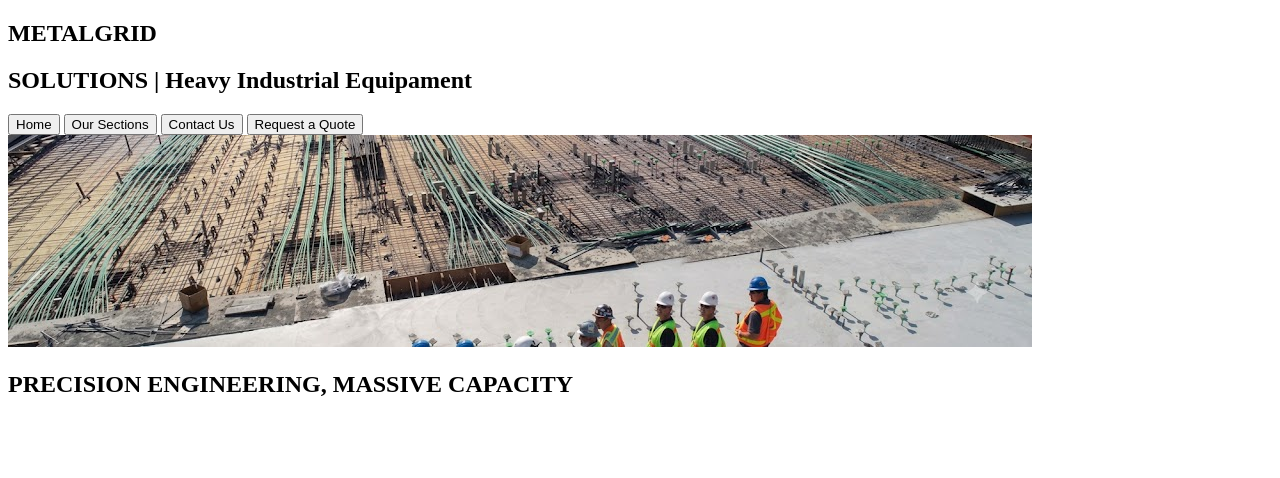
Repository: MiguelSebastiana/AtividadesFrontEnd
Page: aulaDia12Junho/index.html
These files come from the project's save history. The page is drawn as it stood at one moment and after a run of saves; the edit follows.
The browser window is 1280 px wide. The pictures show the whole page.

Above is the page before, as saved 2026-06-12 19:03:04.

### aulaDia12Junho/index.html
<!DOCTYPE html>
<html lang="pt-br">
<head>
    <meta charset="UTF-8">
    <meta name="viewport" content="width=device-width, initial-scale=1.0">
    <title>Document</title>
    <link rel="stylesheet" href="style.css">
</head>
<body>

    <header>

        <nav class="topBar">
            <h1 class="titleNav">METALGRID</h1>
            <h2 class="subTitNav">SOLUTIONS | Heavy Industrial Equipament</h2>
            <div class="buttonsNav">
                <button class="button">Home</button>
                <button class="button">Our Sections</button>
                <button class="button">Contact Us</button>
                <button class="buttonColorido">Request a Quote</button>
            </div>
        </nav>

    </header>

    <main>

        <div>
            <img class="imagemFundo" src="adwadawdadawda.jpg" alt="Imagem de fundo">
        </div>

        <section class="quadroImagemFundo">

            <h1 class="titleQuadroImagemFundo">PRECISION ENGINEERING, MASSIVE CAPACITY</h1>
            <h3 class="texto"></h3>

        </section>
    </main>

</body>
</html>

Loaded but not shown: aulaDia12Junho/style.css (no copy from this time; the picture is the same without it)

After the next 5 saves:
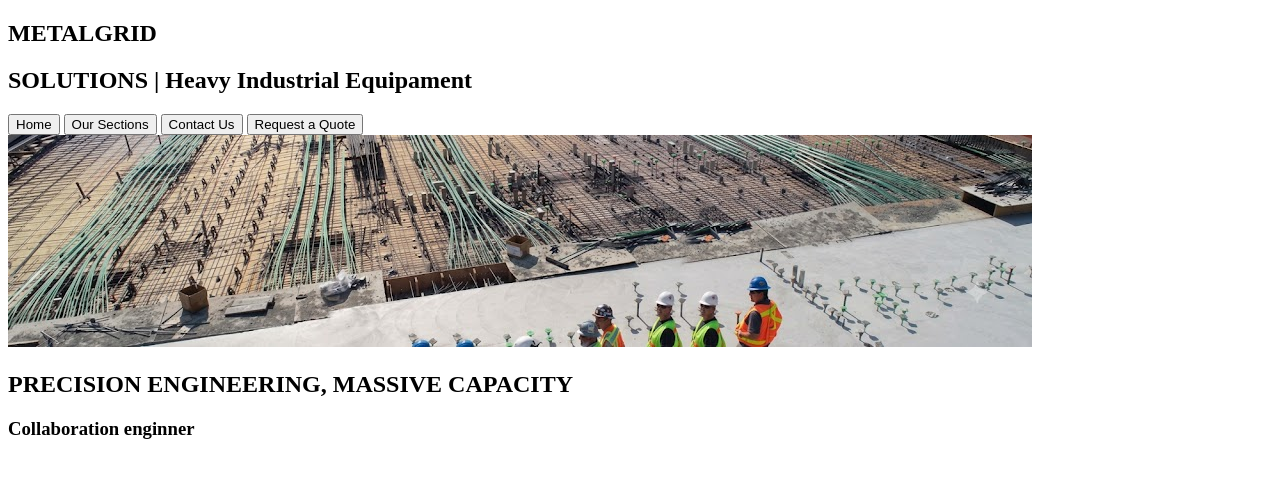
The 5 saves are shown as one change because they came seconds apart.
The last was saved 15 s later.
--- a/aulaDia12Junho/index.html
+++ b/aulaDia12Junho/index.html
@@ -32,7 +32,7 @@
         <section class="quadroImagemFundo">
 
             <h1 class="titleQuadroImagemFundo">PRECISION ENGINEERING, MASSIVE CAPACITY</h1>
-            <h3 class="texto"></h3>
+            <h3 class="textoQuadroImagemFundo">Collaboration enginner</h3>
 
         </section>
     </main>
